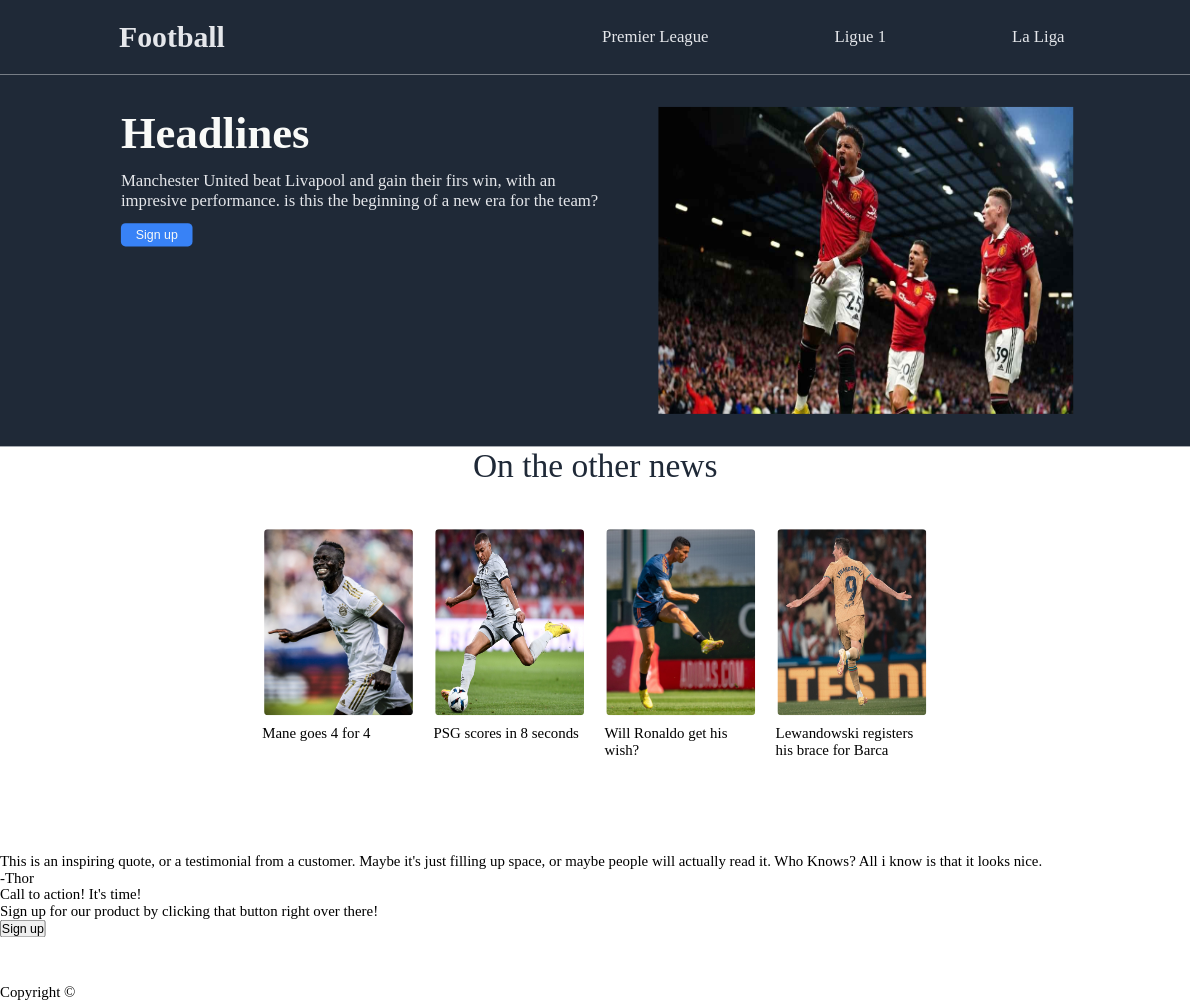
Repository: MhlengiNgubane/Brainnest_CSS
Page: index.html
The author's editor kept a copy of each file at every save. The page is drawn from the files as they stood at one save, then again after the next save.
The browser window is 1280 px wide. The pictures show the whole page, at 93% of full size.

Above is the page before, as saved 2022-08-28 00:27:01.

After the next save:
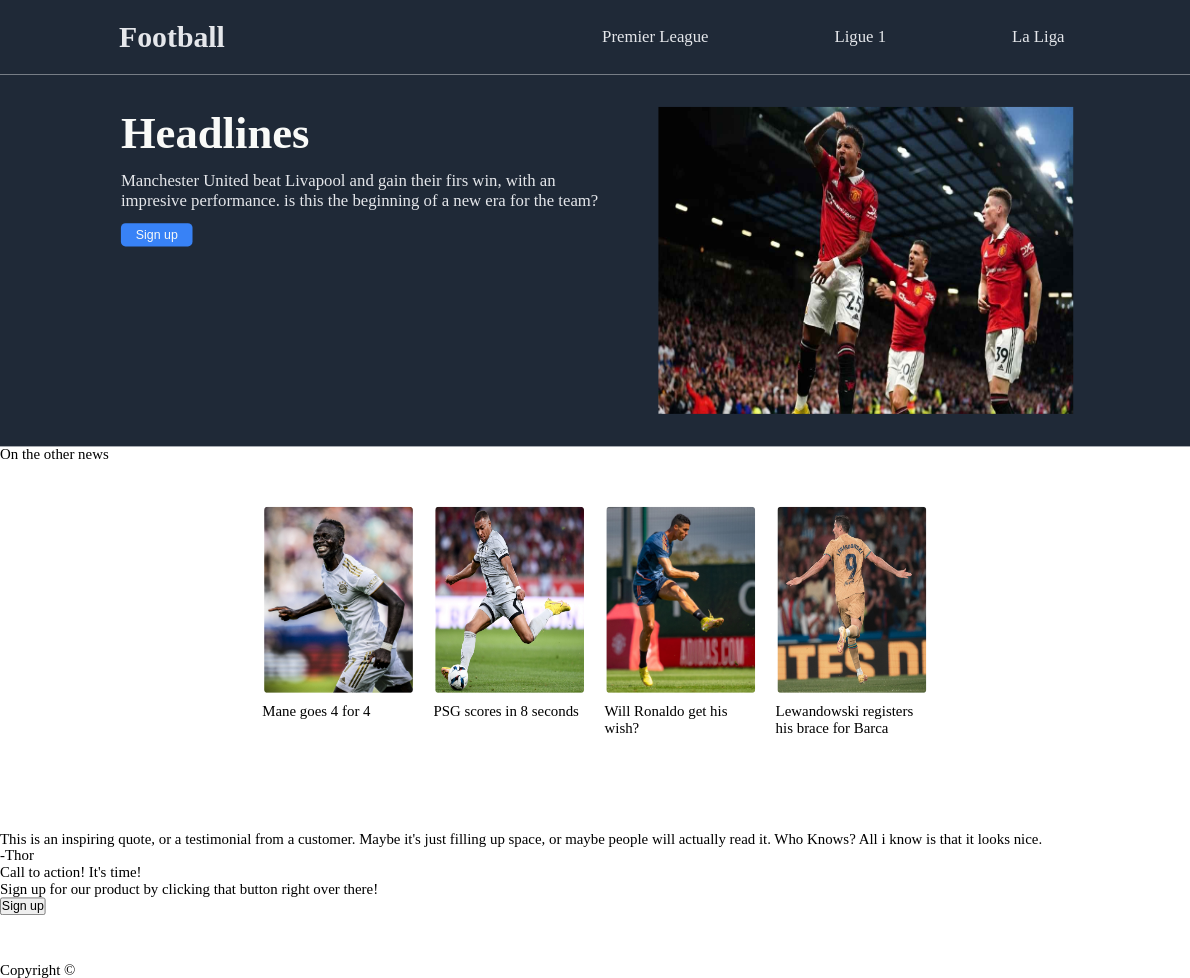
Saved 31 s later.
--- a/index.html
+++ b/index.html
@@ -37,7 +37,7 @@
         </aside>
     </section>
     <main>
-        <p class="main-header">On the other news</p>
+        On the other news</p>
         <section class="images">
             <figure>
                 <img
